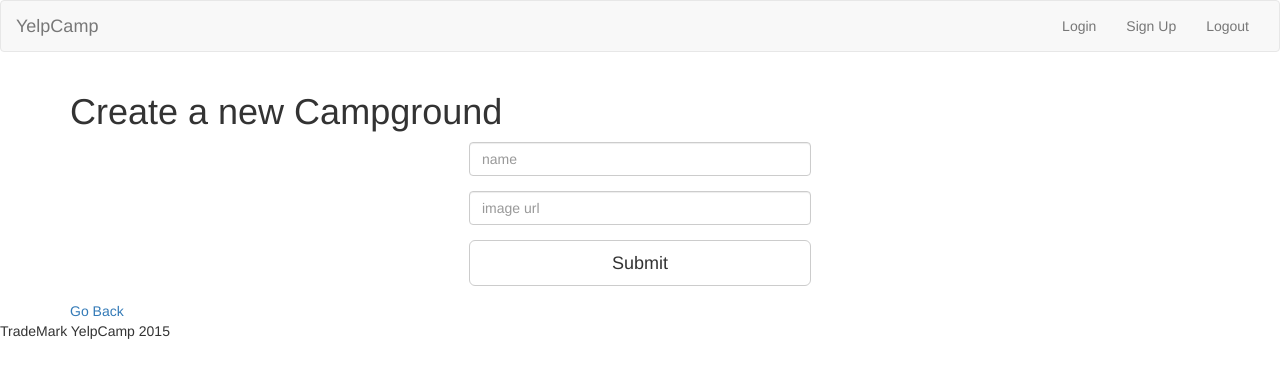
Repository: sanjansawant/Web-Developer-Bootcamp
Page: http://localhost/campgrounds/new
The author's editor kept a record of every edit. The page is drawn from the files as they stood at one moment, then again after the next edit.
The browser window is 1280 px wide. The pictures show the whole page.
Some web libraries are served in a nearby version. The page is served by the project's Node server (YelpCamp/v1/app.js).

Above is the page before.

### YelpCamp/v1/views/new.ejs
<% include partials/header %>
<div class="container">
        <div class="row"></div>
        <h1>Create a new Campground</h1>
        <div style="width: 30%; margin: 0 auto;">

        <form action="/campgrounds" method="POST">
            <div class="form-group">
            <input class="form-control" type="text" name="name" placeholder="name">
            </div>
            <div class="form-group">
            <input class="form-control" type="text" name="image" placeholder="image url">

            </div>
            <div class="form-group">
            <button class="btn btn-lg btn-default btn-block">Submit</button>
             </div>
            </form>

            </div>

        <a href="campgrounds">Go Back</a>
    </div></div>
<% include partials/footer %>

### YelpCamp/v1/views/partials/header.ejs
<!DOCTYPE html>
<html>
    <head>
        <title>Yelp Camp</title>
        <link rel="stylesheet" type="text/css" href="https://maxcdn.bootstrapcdn.com/bootstrap/3.3.7/css/bootstrap.min.css">
        </head>

        <body>

            <nav class="navbar navbar-default">
    <div class="container-fluid">

        <div class="navbar-header">

            <button type="button" class="navbar-toggle collapsed" data-toggle="collapse" data-target="#bs-example-navbar-collapse-1" aria-expanded="false">
        <span class="sr-only">Toggle navigation</span>
        <span class="icon-bar"></span>
        <span class="icon-bar"></span>
        <span class="icon-bar"></span>
      </button>
               <a class="navbar-brand" href="/">YelpCamp</a>
        </div>
        <div class="collapse navbar-collapse" id="bs-example-navbar-collapse-1">
             <ul class="nav navbar-nav  navbar-right">

            <li><a href="/">Login</a></li>
             <li><a href="/">Sign Up</a></li>
             <li><a href="/">Logout</a></li>
             </ul>
         </div>

        <div>


    </nav>

### YelpCamp/v1/views/partials/footer.ejs


<p>TradeMark YelpCamp 2015</p>

<script
  src="https://code.jquery.com/jquery-3.2.1.js"
  integrity="sha256-DZAnKJ/6XZ9si04Hgrsxu/8s717jcIzLy3oi35EouyE="
  crossorigin="anonymous"></script>
</body>
</html>

### YelpCamp/v1/app.js
var express=require("express");
var app=express();

var bodyParser=require("body-parser");

app.use(bodyParser.urlencoded({extended:true}));

app.set("view engine","ejs");
app.use(express.static("public"));

 var campgrounds=[
       {name:"Salmon Creek",image:"https://farm6.staticflickr.com/5181/5641024448_04fefbb64d.jpg"},
       {name:"Granite Hill",image:"https://farm5.staticflickr.com/4137/4812576807_8ba9255f38.jpg"},
       {name:"Mountain Goat's Rest",image:"https://farm4.staticflickr.com/3273/2602356334_20fbb23543.jpg"}
       ];


app.get("/",function(req,res){

   res.render("landing");
});



app.get("/campgrounds",function(req,res){


       res.render("campgrounds",{campgrounds:campgrounds});

});



app.get("/campgrounds/new",function(req,res){

   res.render("new");

});

//rest
app.post("/campgrounds",function(req,res){

    var name=req.body.name;
    var image=req.body.image;
    var newCampground={name:name, image:image};
    campgrounds.push(newCampground);
    res.redirect("/campgrounds");

});




app.listen(process.env.PORT, process.env.IP,function(){

   console.log("Yelp Camp Server connected");
});

After the next edit:
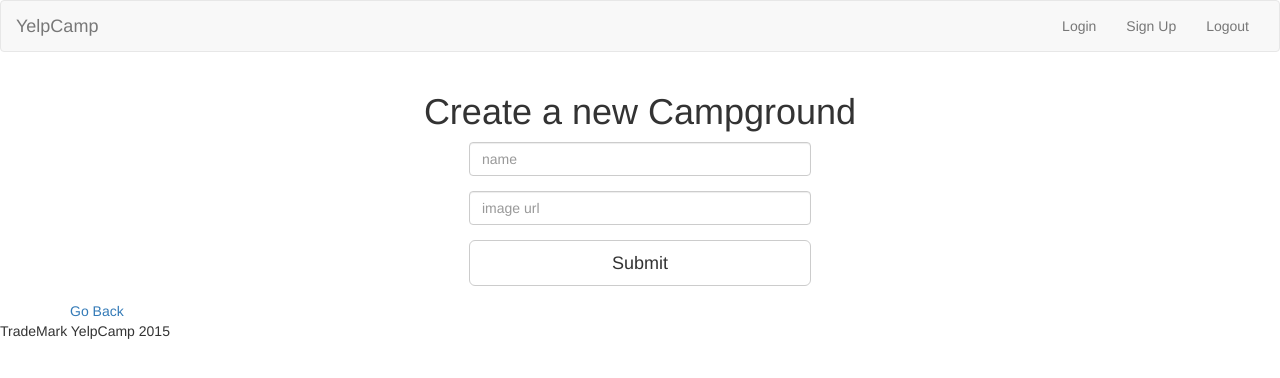
The edit:
--- a/YelpCamp/v1/views/new.ejs
+++ b/YelpCamp/v1/views/new.ejs
@@ -1,7 +1,7 @@
 <% include partials/header %>
 <div class="container">
         <div class="row"></div>
-        <h1>Create a new Campground</h1>
+        <h1 style="text-align: center">Create a new Campground</h1>
         <div style="width: 30%; margin: 0 auto;">
 
         <form action="/campgrounds" method="POST">
